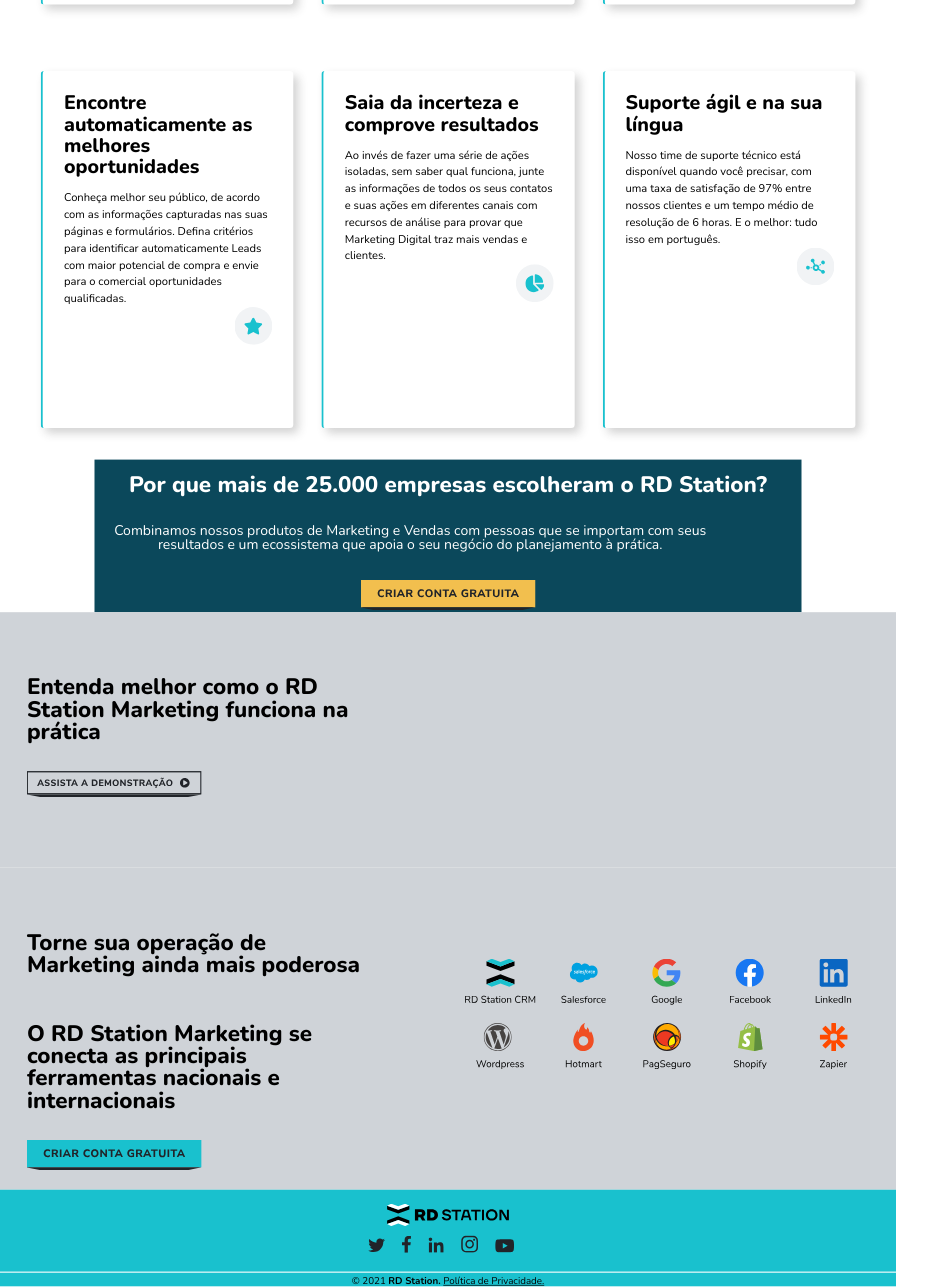
Repository: LarisseLima/rd
Page: index.html
These files come from the project's save history. The page is drawn as it stood at one moment and after the next save; the edit follows.
The browser window is 1280 px wide. The page is 1356 px wide, so the pictures cover 1356 px, including what lies to the right of the window. The pictures show the part of the page from y = 2971 to 4811 px (the page is 4811 px tall), at 70% of full size.
Pictures or frames that could not be fetched are drawn as grey boxes.

Above is the page before, as saved 2021-07-27 14:12:45.

### index.html
<!DOCTYPE html>
<html>
  <head>
    <meta charset="utf-8" />
    <meta name="viewport" content="width=device-width, initial-scale=1" />
    <title>Rd Station</title>
    <link rel="shortcut icon" href="assets//favicon.png" />
    <link rel="stylesheet" href="css/index.css" />
  </head>
  <body>
    <header class="header">
      <div class="container">
        <img class="container_logo" src="assets/logo.svg" alt="Logo RD" />
        <nav class="header_nav">
          <ul>
            <li>Menu 1</li>
            <li>Menu 2</li>
            <li>Menu 3</li>
            <li>Menu 4</li>
            <li>Menu 5</li>
          </ul>
          <div>
            <button className="btn-primary">button</button>
            <button>button</button>
          </div>
        </nav>
      </div>
    </header>
    <main>
      <section class="section_modal">
        <div class="container">
          <div class="section_modal_info">
            <h2 class="section_modal_title">
              Gere mais <span>oportunidades</span>  para seu negócio
            </h2>
            <p class="section_modal_paragraph">
              O RD Station Marketing é um software para sua empresa fazer
              campanhas melhores, nutrir Leads, gerar oportunidades comerciais
              qualificadas e alcançar mais resultados.
            </p>
          </div>
          <form method="post" action="https://app.rdstation.com.br/signup">
            <header>
              <h4>Comece seus 10 dias de teste grátis do RD Station Marketing!</h4>
              <h5>Não precisa cadastrar cartão de crédito. 😉</h5>
            </header>
            <label >Digite seu nome</label>
            <input
              type="text"
              name="name"
              placeholder="Insira seu nome"
            />
            <label >Seu email de trabalho</label>
            <input
              type="email"
              name="email"
              placeholder="Insira seu e-mail"
            />
            <label >Seu telefone</label>
            <input
              type="tel"
              name="telefone"
              placeholder="Insira seu número de telefone com DDD"
            />

            <label >Seu cargo de ocupação</label>
            <select
              name="cargo"
              placeholder="Age..."
            >
              <option value="ceo">Sócio(a) / CEO / Proprietário(a</option>
              <option value="diretorVendas">Diretor(a) de Vendas</option>
              <option value="diretorMarketing">Diretor(a) de Marketing</option>
              <option value="diretorOA">Diretor(a) Outras Áreas</option>
              <option value="gerenteVendas">"Gerente de Vendas</option>
              <option value="supervisorMarketing">
                Coordenador(a)/Supervisor(a) de Marketing
              </option>
              <option value="supervisorVendas">Coordenador(a)/Supervisor(a) de Vendas</option>
              <option value="analistaMarketing">Analista/Assistente de Marketing</option>
              <option value="analistaVendas">Analista/Assistente de Vendas</option>
              <option value="vendedorContas">Vendedor(a) / Executivo(a) de Contas</option>
              <option value="estudante">Estudante</option>
              <option value="OC">Outros Cargos</option>

            </select>

            <label >Crie uma senha</label>
            <input
              type="password"
              name="password"
              placeholder="Digite sua senha"
            />
            <label >Confirme sua senha</label>
            <input
              type="password"
              name="confirmPassword"
              placeholder="Confirme sua senha"
            />
            <label>Qual o site da sua empresa</label>
            <input type="radio" name='site' id="site" />
            <label htmlFor='site'>Meu site é </label>
            <input
              type="text"
              name="site"
              placeholder="Insira o endereço do seu site"
            />
            <input type="radio" name='site' id="site" />
            <label htmlFor='site'>Ainda não tenho um site  </label>

            <ul>
              <li>
                Ao criar minha conta estou de acordo com os termos de uso do software e política de privacidade.
              </li>
              <li>
                Ao preencher o formulário, concordo em receber comunicações de acordo com meus interesses.
              </li>
              <li>
                *Você pode alterar suas permissões de comunicação a qualquer tempo.
              </li>
            </ul>
            <button>criar minha conta </button>
          </form>
          </div>
        </div>
      </section>
      <section class="section_rd">
        <div class="container">
          <div class="section_rd_info">
            <h2 class="section_rd_title">
              Estaremos juntos desde o primeiro passo!
            </h2>
            <p class="section_rd_paragraph">
              Se você ainda não sabe como extrair o máximo das ações digitais, não tem problema. O RD Station Marketing é mais que uma ferramenta, nos importamos com os seus resultados.
            </p>
            <p class="section_rd_paragraph">
              Estaremos com você do planejamento até a prática!
            </p>
          </div>
        </div>
          </div>
        </div>
      </section>
      <section class="section_photo">
        <div class="container">
          <div class="section_img">
            <img src="assets/img-rdoer.svg" alt="">
          </div>
          <div class="section_img_about">
            <h2 class="section_img_about_title">
              Resultados previsíveis
              e mais clientes para sua empresa
            </h2>
            <h3 class="section_img_about_subtitle">Torne sua atuação no Marketing Digital mais eficaz</h3>
            <div class="section_list">
              <ul class="section_list_ul">
              <li class="section_list_li">
                <img src="assets/checkmark.svg" alt="">
                <strong>Ferramentas intuitivas</strong> e com modelos prontos, vídeos explicativos e passo a passo guiado
              </li>
              <li class="section_list_li">
                <img src="assets/checkmark.svg" alt="">
                <strong>Implementação com especialistas</strong>focada em planejamento e prática (nos planos Marketing Pro e Enterprise)
              </li>
              <li class="section_list_li">
                <img src="assets/checkmark.svg" alt="">
                <strong>Time de especialistas em Sucesso do Cliente</strong> para apoiar na otimização da estratégia em cada fase da sua jornada (nos planos Marketing Pro e Enterprise)
              </li>
              <li class="section_list_li">
                <img src="assets/checkmark.svg" alt="">
                <strong>Suporte técnico</strong> em português, espanhol e inglês para tirar dúvidas, com 97% de satisfação entre nossos clientes
              </li>
              <li class="section_list_li">
                <img src="assets/checkmark.svg" alt="">
                <strong>Muito conteúdo educativo,</strong> eventos, cursos da RD University e comunidades para você continuar evoluindo
              </li>
            </ul>
              </div>
          </div>
        </div>
      </section>
      <section class="section_cards">
        <div class="container">
          <div class="section_cards_info">
            <h2 class="section_cards_title">
              A ferramenta de Automação de Marketing líder na América Latina
            </h2>
            <div class="card_row">
              <div class="card_row_info color">
                <h2>Torne sua operação de Marketing Digital mais produtiva</h2>
                <p>Chega de usar várias ferramentas separadas e perder as informações no caminho! Somos o que chamam de ferramenta tudo-em-um: reunimos os principais recursos de Marketing Digital em um só lugar para sua operação ser mais eficaz.</p>
                <img class="image" src="assets/icons/card-1.svg" alt="icon" />
              </div>

              <div class="card_row_info color">
                <h2>Crie facilmente
                  campanhas que funcionam</h2>
                <p>É fácil usar o RD Station Marketing, porque suas funcionalidades são simples, mas poderosas, e contam com dezenas de modelos — como de Landing Pages, Pop-ups, emails — para diversas ocasiões e segmentos que você pode personalizar de acordo com a sua campanha.</p>
                <img class="image" src="assets/icons/card-2.svg" alt="settings" />
              </div>

              <div class="card_row_info color">
                <h2>Construa jornadas personalizadas e gere vendas em escala</h2>
                <p>Envie a mensagem certa na hora certa e construa jornadas personalizadas que geram até 5x mais conversões e guiam Leads até a compra. Automatize também suas tarefas e aumente a produtividade de Marketing e Vendas.</p>
                <img class="image" src="assets/icons/card-3.svg" alt="article" />
              </div>

            </div>
            <div class="card_row">
              <div class="card_row_info color">
                <h2>Encontre automaticamente as melhores oportunidades</h2>
                <p>Conheça melhor seu público, de acordo com as informações capturadas nas suas páginas e formulários. Defina critérios para identificar automaticamente Leads com maior potencial de compra e envie para o comercial oportunidades qualificadas.</p>
                <img class="image" src="assets/icons/card-4.svg" alt="icon" />
              </div>

              <div class="card_row_info color">
                <h2>Saia da incerteza e comprove resultados</h2>
                <p>Ao invés de fazer uma série de ações isoladas, sem saber qual funciona, junte as informações de todos os seus contatos e suas ações em diferentes canais com recursos de análise para provar que Marketing Digital traz mais vendas e clientes.</p>
                <img class="image" src="assets/icons/card-5.svg" alt="settings" />
              </div>

              <div class="card_row_info color">
                <h2>Suporte ágil e na sua língua</h2>
                <p>Nosso time de suporte técnico está disponível quando você precisar, com uma taxa de satisfação de 97% entre nossos clientes e um tempo médio de resolução de 6 horas. E o melhor: tudo isso em português.</p>
                <img class="image" src="assets/icons/card-3.svg" alt="article" />
              </div>

            </div>
          </div>
        </div>
          </div>
        </div>
      </section>
      <section class="section_mk">
        <div >
          <div class="section_mk_info">
            <h2 class="section_mk_title">
              Por que mais de 25.000 empresas escolheram o RD Station?
            </h2>
            <p class="section_mk_paragraph">
              Combinamos nossos produtos de Marketing e Vendas com pessoas que se importam com seus resultados e um ecossistema que apoia o seu negócio do planejamento à prática.
            </p>
            <div class="section_mk_button">
             <a href="https://app.rdstation.com.br/signup" target="blank"> <img src="assets/button-yellow.svg" alt="Botão criar conta"></a>
            </div>
          </div>
        </div>
          </div>
        </div>
      </section>
      <section class="section_video">
        <div class="container">
          <div class="section_video_about">
            <h2 class="section_video_about_title">
              Entenda melhor como o RD Station Marketing funciona na prática
            </h2>
            <div class="section_video_button">
              <a href="https://app.rdstation.com.br/signup" target="blank"> <img src="assets/button-play.svg" alt="Botão criar conta"></a>
             </div>
          </div>
          <iframe
            width="560"
            height="315"
            src="https://www.youtube.com/embed/lGCesaaLi4s?controls=0"
            frameborder="0"
            allowfullscreen
          ></iframe>
        </div>
      </section>
      <section class="section_logos">
        <div class="container">
          <div class="section_logos_about">
            <h2 class="section_logos_title">
              Torne sua operação de Marketing ainda mais poderosa
            </h2>
            <p class="section_logos_title">
              O RD Station Marketing se conecta as principais ferramentas nacionais e internacionais
            </p>
            <div class="section_logos_button">
              <a href="https://app.rdstation.com.br/signup" target="blank"> <img src="assets/button-blue.svg" alt="Botão criar conta"></a>
             </div>
          </div>
          <div class="section_logos_img"> <img src="assets/section-logos.svg" alt="Logo empresas"></div>
        </div>
      </section>
    </main>
    <footer class="footer">
      <section class="footer_section">
          <div class="footer_section_img">
                <img src="assets/logo2.svg" alt="Logo RD" />
          </div>
            <div class="footer_section_icons">
              <ul>
                  <li><a href="https://twitter.com/rd_station" target="blank" ><img src="assets/twitter.svg" alt="Icone do Twitter"/></a></li>
                  <li><a href="https://www.facebook.com/ResultadosDigitais/"  target="blank" ><img src="assets/facebook.svg" alt="Icone do faceboock"/></a></li>
                  <li><a href="https://www.linkedin.com/company/resultadosdigitais"  target="blank" ><img src="assets/linkedin.svg" alt="Icone do Linkedin"/></a></li>
                  <li><a href="https://www.instagram.com/resdigitais/
                    "  target="blank" ><img src="assets/instagram.svg" alt="Icone do Instagram"/></a></li>
                  <li><a href="https://www.youtube.com/channel/UC5lPKvmw6-DFya_qreisENQ"   target="blank" ><img src="assets/youtube.svg" alt="Icone do Youtube"/></a></li>
              </ul>
          </div>
          </div>
          <div class="footer_section_row"></div>
          <div class="footer_section_info">
            <h3 class="footer_section_info_h3">© 2021 <span>RD Station.
               </span><a href="https://legal.rdstation.com/pt/privacy-policy/">Política de Privacidade.</a> </h3>
          </ul>
      </section>
    </footer>
  </body>
</html>

### css/index.css
@import "style.css";
@import "reset.css";

### css/style.css
@import url("https://fonts.googleapis.com/css2?family=Nunito:wght@300;400;700;800&display=swap");

body {
  font-family: "Nunito", sans-serif;
  background: var(--white);
}

.container {
  width: 94%;
  margin: 0 auto;
}

.container_logo{
  margin-bottom: 10px;
  width: 20%;
}

.header {
  margin-left: 25px;
  margin-right: 25px;
  background-color: var(--white);
  padding: 10px 0;
  display: flex;
  height: 100%;
  justify-content: space-around;
  align-items: center;
}

.header ul{
  padding: 20px 10px;
  list-style: none;
  display: flex;
  align-items: center;
  justify-content: center;
}

.header li{
  position: relative;
  cursor: pointer;
  font-size: 1.25rem;
  padding: 15px;
  align-items: center;
  font-size: 16px;
  font-weight: 700;
  font-family: "Nunito", sans-serif;
}
.header li:hover{
color: var(--blueHover)
}

.header .container {
  display: flex;
  align-items: center;
  justify-content: space-between;
  width: 100%;
  height: 60px;
  border-bottom: 1px solid var(--lighterGray-70);
  z-index: 9;
}

.header_nav {
  display: flex;
}

.header_nav button {
  margin-top: 15px;
  transition: 0.5s;
  font-size: 1.1rem;
  margin-left: 15px;
  font-weight: bold;
  color: var(--black);
  text-transform: uppercase;
  font-family: "Nunito", sans-serif;
}
.header_nav_button img {
  width: 85px;
}

.header_nav button:hover,
.section_mk_button img:hover,
.section_video_button img:hover,
.section_logos_button img:hover {
  transform: translateY(-5px);
  cursor: pointer;
}

.section_modal {
  background-image: url(/assets/shape1.svg);
  background-size: cover;
  background-repeat: no-repeat;
  padding: 25px 0;
  width: 100%;
  display: flex;
}

.section_modal_title{
  padding-top: 350px;
}

.section_modal_paragraph{
  padding-top: 40px;
  font-family: "Nunito", sans-serif;
  font-size: 20px;
  font-weight: 400;
}
.section_modal .container {
  color: var(--black);
  display: flex;
  justify-content: space-between;
}


form{
  width: 100%;
  height: 100%;
  display: flex;
  align-items: center;
  justify-content: center;
  flex-direction: column;
}

form header{
  width: 80%;
  display: flex;
  margin-top: 40px;
  padding-bottom: 24px;
  flex-direction: column;
  justify-content: center;
  align-items: center;
  border-bottom: 1px solid var(--lighterGray-60);
  margin-bottom: 32px;
}

form h4{
  width: 448px;
  height: 52px;
  left: 860px;
  font-family: "Nunito", sans-serif;
  font-weight: 800;
  font-size: 24px;
  line-height: 110%;
  text-align: center;
  color: var(--lighterGray-100);
}

form h5{
  width: 275px;
  height: 17px;
  margin-top: 16px;
  font-family: 'Nunito' Sans;
  font-size: 14px;
  line-height: 120%;
  text-align: center;
  color: var(--lighterGray-70);
}

form label{
  width: 90%;
  display: flex;
  flex-direction: column;
  font-family: 'Nunito' Sans;
  font-weight: 600;
  font-size: 32px;
  line-height: 24px;

}

form input, select{
  width: 90%;
  height: 40px;
  background: var(--white);
  padding: 10px;
  font-family: 'Nunito' Sans;
  font-style: normal;
  font-weight: normal;
  font-size: 14px;
  line-height: 20px;
  margin: 20px 0px;
  border: 2px solid var(--black);
  box-sizing: border-box;
  box-shadow: inset 6px 6px 0px #EEFBFB;
}

form input[type=radio]{
  width: 50%;
  height: 20px;
  display: flex;
  box-shadow: none;
}

form ul{
  display: flex;
  flex-direction: column;
  margin: 40px;
}

form button{
  text-transform: uppercase;
  display: flex;
  flex-direction: column;
  justify-content: center;
  align-items: center;
  padding: 0px;
  margin-top: 20px;
  width: 448px;
  height: 40px;
  left: 0px;
  top: 0px;
  font-family: 'Nunito' Sans;
  font-style: normal;
  font-weight: 800;
  font-size: 16px;
  line-height: 150%;
  text-align: center;
  letter-spacing: 0.04em;
  text-transform: uppercase;
  color: var(--lighterGray-100);
  background: var(--highlight-60);
  flex: none;
  order: 0;
  flex-grow: 0;
}

form button:hover{
  background: var(--blueHover);
}
.section_modal_title,
.section_rd_title,
.section_img_about_title,
.section_img_about_title,
.section_video_about_title,
.section_logos_title, .section_cards_title {
  font-weight: 900;
  width: 15em;
  font-family: "Nunito", sans-serif;
  font-size: 32px;
}

.section_modal_title span {
  color: var(--blueAscent);
}

.section_rd_paragraph,
.section_logos_paragraph {
  width: 600px;
  padding-right: 108px;
  padding-top: 40px;
  font-family: "Nunito", sans-serif;
  font-size: 20px;
  font-weight: 400;
}

.section_rd {
  background-color: var(--darkBlue);
  padding: 25px 0;
}

.section_rd .container {
  color: var(--white);
  display: flex;
  justify-content: space-between;
}

.section_photo {
  /* background-color: var(--lighterGray); */
  padding: 25px 0;
}

.section_photo .container {
  display: flex;
  justify-content: space-between;
}

.section_img img {
  height: 500px;
  width: 465px;
  border-radius: 0px;
}
.section_img_about {
  width: 450px;
  text-align: center;
  align-items: flex-end;
  display: flex;
  flex-direction: column;
  display: flex;
}


.section_img_about_subtitle {
  padding-top: 24px;
  font-weight: 400;
  font-family: "Nunito", sans-serif;
  font-size: 20px;
}

.section_list li {
  padding-top: 30px;
  font-weight: 400;
  font-family: "Nunito", sans-serif;
  font-size: 16px;
}

.section_list_li strong {
  font-weight: bolder;
}
.section_list_li img {
  height: 13px;
  width: 18px;
  margin-right: 19px;
  border-radius: 0px;
}
.section_cards{
  padding: 25px 0;
}

.card_row {
  padding-top: 55px;
  display: flex;
  justify-content: center;
  align-items: center;
}
.card_row_info {
  border-radius: 5px;
  box-shadow: 7px 7px 13px 0px rgba(50, 50, 50, 0.22);
  padding: 30px;
  margin: 20px;
  width: 400px;
  height: 450px;
  transition: all 0.3s ease-out;
}
.card_row_info:hover {
  transform: translateY(-5px);
  cursor: pointer;
}
 .card_row_info h2{
  font-weight: 900;
  font-family: "Nunito", sans-serif;
  font-size: 28px;
  line-height: 110%;
  display: flex;
  align-items: center;
 }
.card_row_info p {
  padding-top: 16px;
  color: var(--black);
  font-family: "Nunito", sans-serif;
  font-style: normal;
  font-weight: normal;
  font-size: 16px;
  line-height: 150%;
  display: flex;
  align-items: center;
}

.image {
  float: right;
  max-width: 54px;
  max-height: 54px;
}
.color {
  border-left: 3px solid var(--blueAscent);
}


.section_mk {
  margin-right: 135px;
  margin-left: 135px;
  background-color: var(--darkBlue);
  color: var(--white);
  text-align: center;
}

.section_mk_info  {
  width: 100%;
  align-items: center;
  display: flexbox;
  justify-items: center;
}

.section_mk_title {
  padding-top: 20px;
  font-weight: 900;
  font-family: "Nunito", sans-serif;
  font-size: 32px;
  text-align: center;
}

.section_mk_paragraph {
  padding-right: 108px;
  padding-top: 40px;
  font-family: "Nunito", sans-serif;
  font-size: 20px;
  font-weight: 400;
}

.section_mk_button img,
.section_video_button img,
.section_logos_button img {
  padding-top: 40px;
  width: 250px;
}

.section_video {
  background-color: var(--lighterGray);
  padding: 25px 0;
}
.section_video_about_title {
  padding-top: 66px;
}
.section_video .container {
  color: var(--black);
  display: flex;
  justify-content: space-between;
}

.section_video .container {
  color: var(--black);
  display: flex;
  justify-content: space-between;
}

.section_video_about_title {
  padding-top: 66px;
}


.section_logos {
  background-color: var(--lighterGray);
  padding: 25px 0;
}
.section_logos_title{
  padding-top: 66px;
}
.section_logos .container {
  display: flex;
  justify-content: space-between;
}


.section_logos_img img {
  padding-top: 105px;
  align-items: flex-end;
}

.footer {
  background-color: var(--blueAscent);
  padding-top: 20px;
  text-align: center;
}

.footer_section_img img {
  width: 25%;
  height: 32px;
}

.footer_section_icons img {
  float: left;
  align-items: flex-end;
  margin-right: 20px;
  margin-top: 10px;
}

.footer_section_icons ul,
li,
a {
  display: inline-block;
  list-style: none;
  align-items: center;
  justify-content: center;
}
.footer_section_icons li:hover{
  transform: translateY(-5px);
}

.footer_section_info_h3{
  padding-top: 5px;
  font-family: "Nunito", sans-serif;
  font-size: 14px;
  text-align: center;
}

.footer_section_info_h3 span{
  font-weight: bolder;
}

.footer_section_info_h3 a{
  color: var(--black);
  text-decoration: underline;
}

.footer_section_info_h3 a:hover{
  color: var(--blueHover);
}
.footer_section_row {
  margin-top: 24px;
  width: 1354px;
  height: 0px;
  top: 4618px;
  border: 1px solid var(--white);
}

/* @media (min-width: 768px) {

}

Loaded but not shown: css/reset.css (177 lines, source omitted)

After the next save:
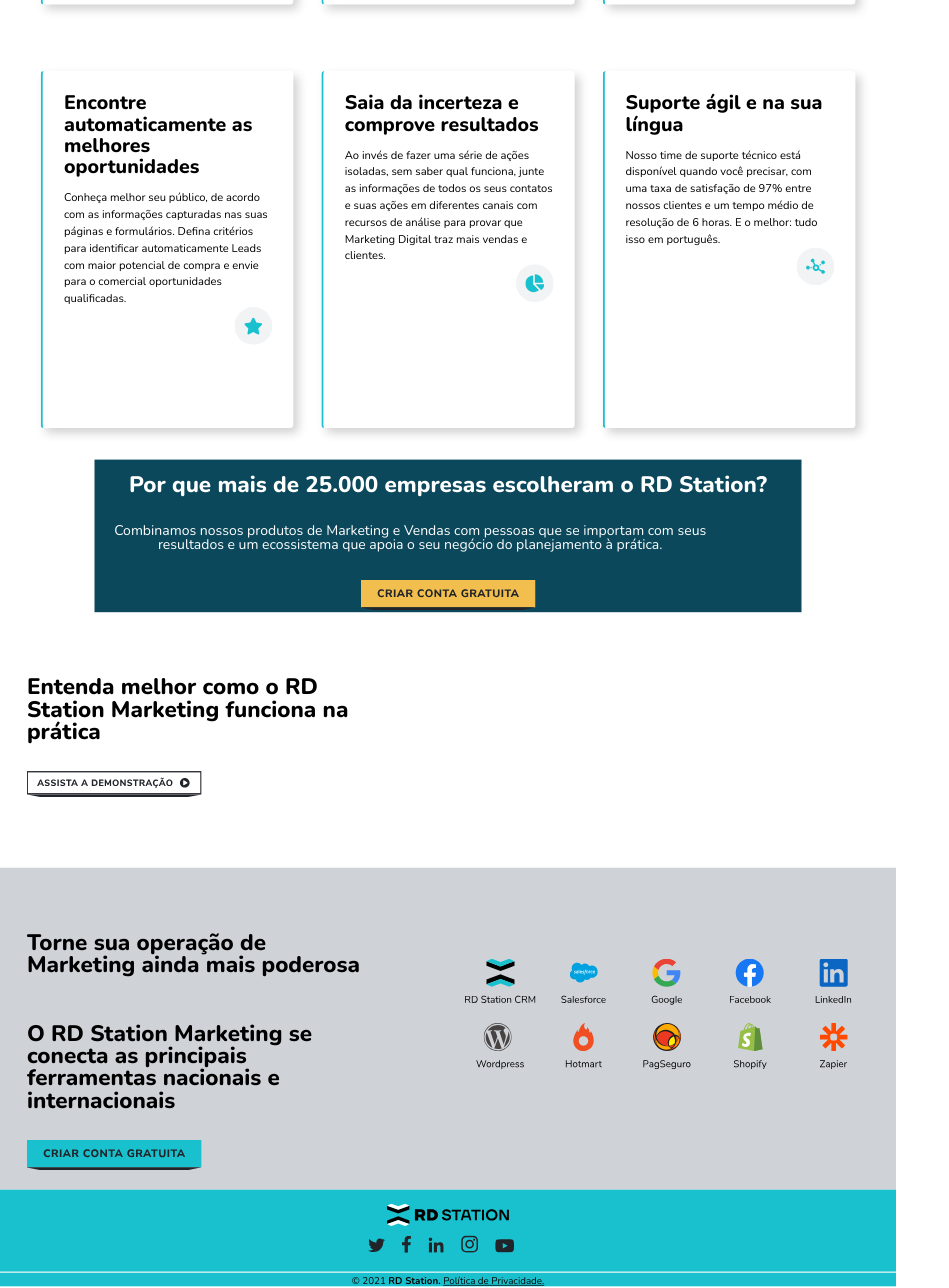
Saved 24 s later.
--- a/css/style.css
+++ b/css/style.css
@@ -401,7 +401,6 @@
 }
 
 .section_video {
-  background-color: var(--lighterGray);
   padding: 25px 0;
 }
 .section_video_about_title {
